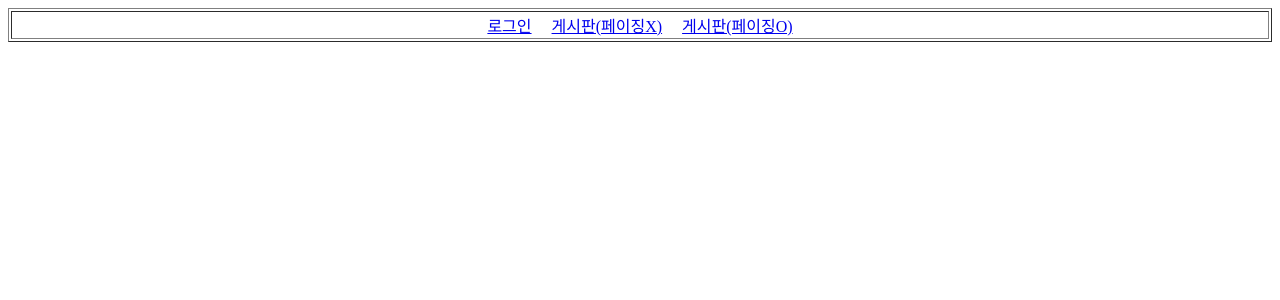
Repository: jungwoonAn/jsp_basic
Page: http://localhost/MustHaveJSP/Common/BSLink.jsp
These files come from the project's save history. The page is drawn as it stood at one moment and after the next save; the edit follows.
The browser window is 1280 px wide. The pictures show the whole page.
The page is served by Tomcat 10.

Above is the page before, as saved 2024-10-22 07:55:56.

After the next save:
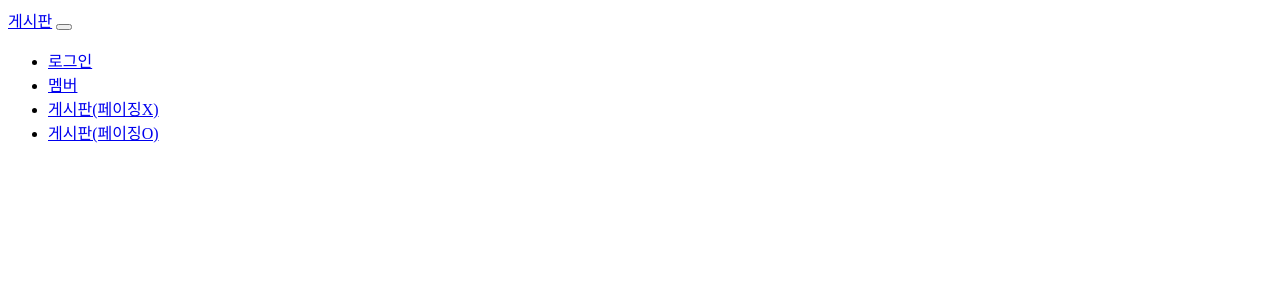
Saved 42 min 18 s later.
--- a/MustHaveJSP/src/main/webapp/Common/BSLink.jsp
+++ b/MustHaveJSP/src/main/webapp/Common/BSLink.jsp
@@ -1,31 +1,38 @@
 <%@ page language="java" contentType="text/html; charset=UTF-8"
     pageEncoding="UTF-8"%>
-<table border="1" style="width:100%;">
-	<tr>
-		<td style="text-align:center;">
-		<!-- 로그인 여부에 따른 메뉴 변화 -->
+<nav class="navbar navbar-expand-lg bg-body-tertiary">
+  <div class="container-fluid">
+    <a class="navbar-brand" href="../09_PagingBoard/List.jsp">게시판</a>
+    <button class="navbar-toggler" type="button" data-bs-toggle="collapse" data-bs-target="#navbarNav" aria-controls="navbarNav" aria-expanded="false" aria-label="Toggle navigation">
+      <span class="navbar-toggler-icon"></span>
+    </button>
+    <div class="collapse navbar-collapse" id="navbarNav">
+      <ul class="navbar-nav">
+        <!-- 로그인 여부에 따른 메뉴 변화 -->
 		<% if(session.getAttribute("UserId")==null) {
 		%>
-			<a href="../06_Session/LoginForm.jsp">로그인</a>
+			<li class="nav-item">
+	          <a class="nav-link" href="../06_Session/LoginForm.jsp">로그인</a>
+	        </li>
 		<%
 		}else {
 		%>
-			<a href="../06_Session/Logout.jsp">로그아웃</a>
+			<li class="nav-item">
+	          <a class="nav-link" href="../06_Session/Logout.jsp">로그아웃</a>
+	        </li>
 		<%
 		}
 		%>
-			<!-- 게시판 링크 -->
-			<!--
-			&nbsp;&nbsp;&nbsp;
-			<a href="../06_Session/List.jsp">멤버</a>
-			-->
-
-			&nbsp;&nbsp;&nbsp;
-			<a href="../08_Board/List.jsp">게시판(페이징X)</a>
-			&nbsp;&nbsp;&nbsp;
-			<a href="../09_PagingBoard/List.jsp">게시판(페이징O)</a>
-
-		</td>
-	</tr>
-
-</table>
+        <li class="nav-item">
+          <a class="nav-link" href="../06_Session/List.jsp">멤버</a>
+        </li>
+        <li class="nav-item">
+          <a class="nav-link" href="../08_Board/List.jsp">게시판(페이징X)</a>
+        </li>
+        <li class="nav-item">
+          <a class="nav-link" href="../09_PagingBoard/List.jsp">게시판(페이징O)</a>
+        </li>
+      </ul>
+    </div>
+  </div>
+</nav>
